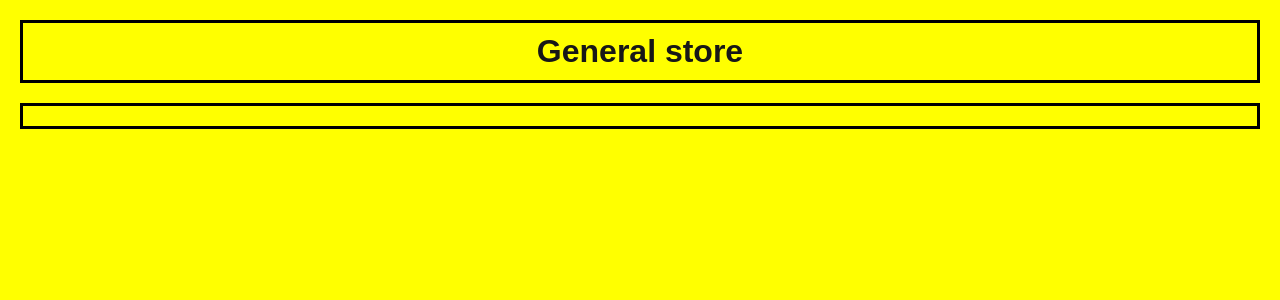
Repository: rosielee09/practiceproject
Page: / (app in my-app/)
These files come from the project's save history. The page is drawn as it stood at one moment and after the next save; the edit follows.
The browser window is 1280 px wide. The pictures show the whole page.
The project was rebuilt for these pictures with package versions that can differ from the ones it lists, and the page was loaded fresh each time. The framework's server and built-in components were replaced by stand-ins that run in the browser. Also part of the build but not shown: my-app/next.config.mjs.

Above is the page before, as saved 2025-04-03 15:24:19.

After the next save:
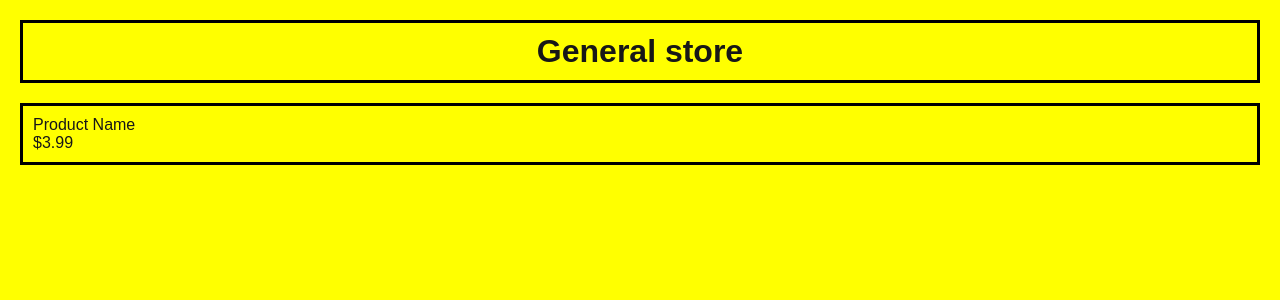
Saved 30 s later.
--- a/my-app/app/page.js
+++ b/my-app/app/page.js
@@ -19,7 +19,9 @@ export default function Home() {
         <h1>General store</h1>
      </header>
         <main className={styles.main}>
-          <section></section>
+          <section>
+            <Product />
+          </section>
         </main>
     </div>
   );
